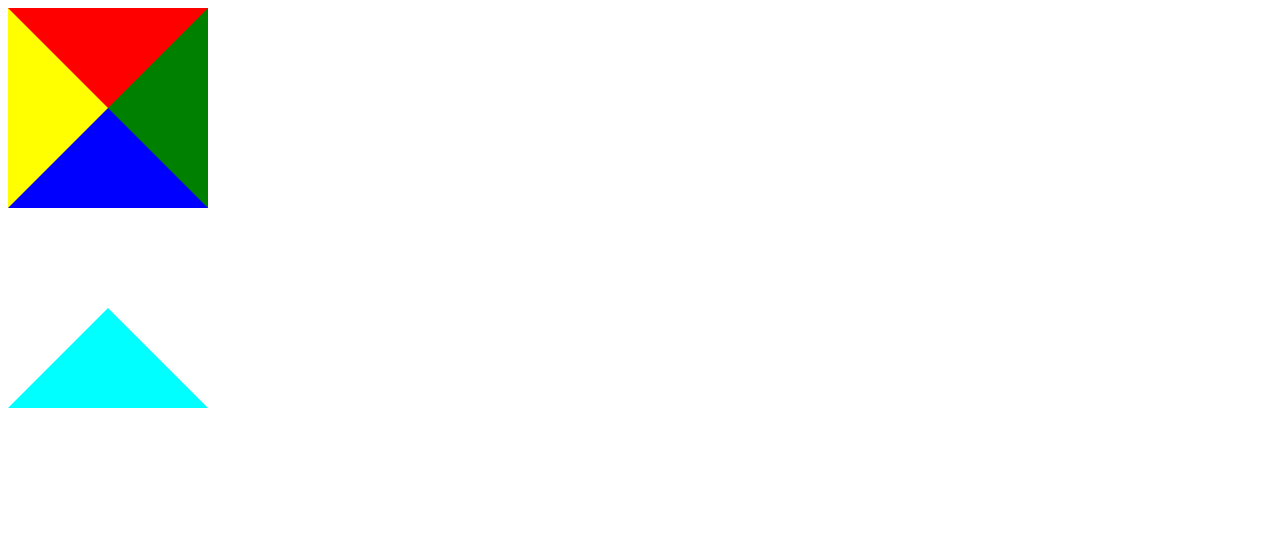
Repository: zh-webliker/achiveSomeFunction
Page: css/css画图.html
The author's editor kept a copy of each file at every save. The page is drawn from the files as they stood at one save, then again after a run of saves.
The browser window is 1280 px wide. The pictures show the whole page.

Above is the page before, as saved 2021-07-13 16:09:32.

After the next 2 saves:
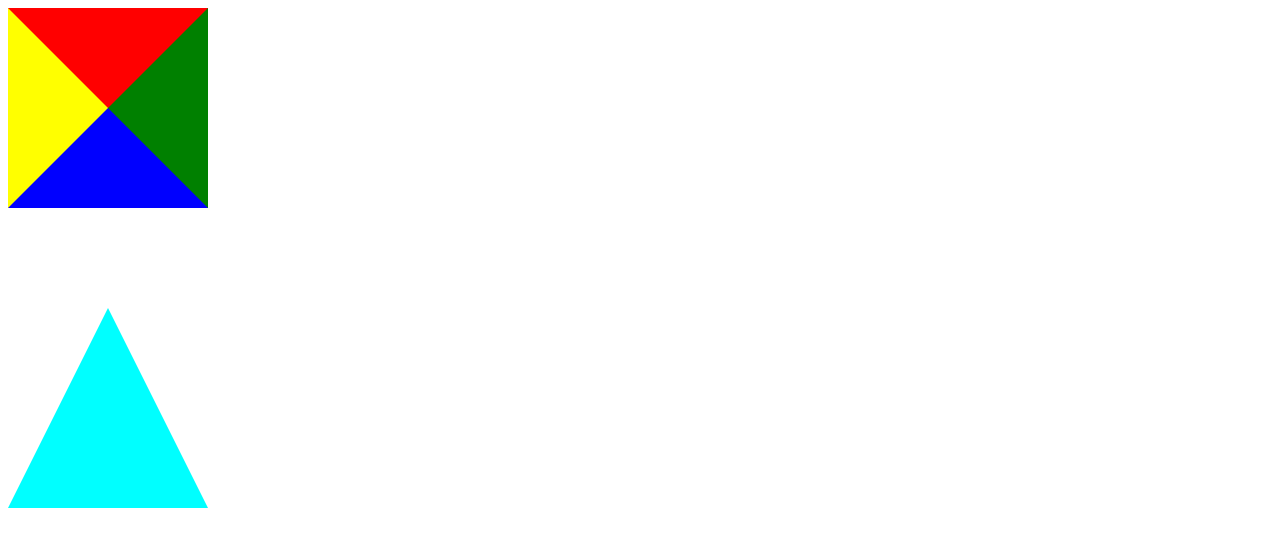
The 2 saves are shown as one change because they came seconds apart.
The last was saved 12 s later.
--- a/css/css画图.html
+++ b/css/css画图.html
@@ -19,7 +19,7 @@
     width: 0;
     height: 0;
     border: 100px solid transparent;
-    border-bottom: 100px solid #0ff;
+    border-bottom: 200px solid #0ff;
   }
 </style>
 <body>
